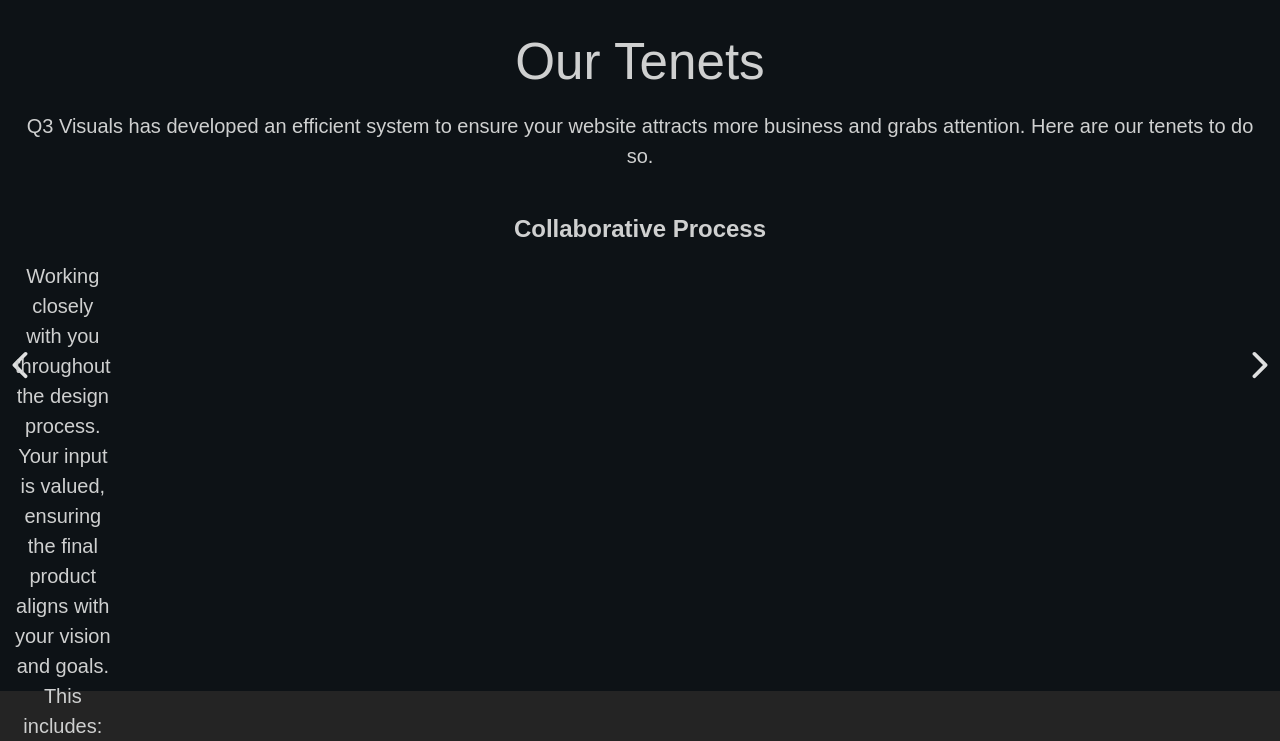
Repository: TMuse333/quantumDesigns
Page: /process
These files come from the project's save history. The page is drawn as it stood at one moment and after the next save; the edit follows.
The browser window is 1280 px wide. The pictures show the whole page.
The project was rebuilt for these pictures with package versions that can differ from the ones it lists, and the page was loaded fresh each time. Also part of the build but not shown: vite.config.js, src/styles/navbar.css, src/components/navbar.jsx, src/styles/herobanner.css, src/components/Herobanner.jsx, src/components/intro.jsx, src/styles/tenets.css, src/components/tenets.jsx and 8 more.

Above is the page before, as saved 2023-12-16 19:26:15.

After the next save:
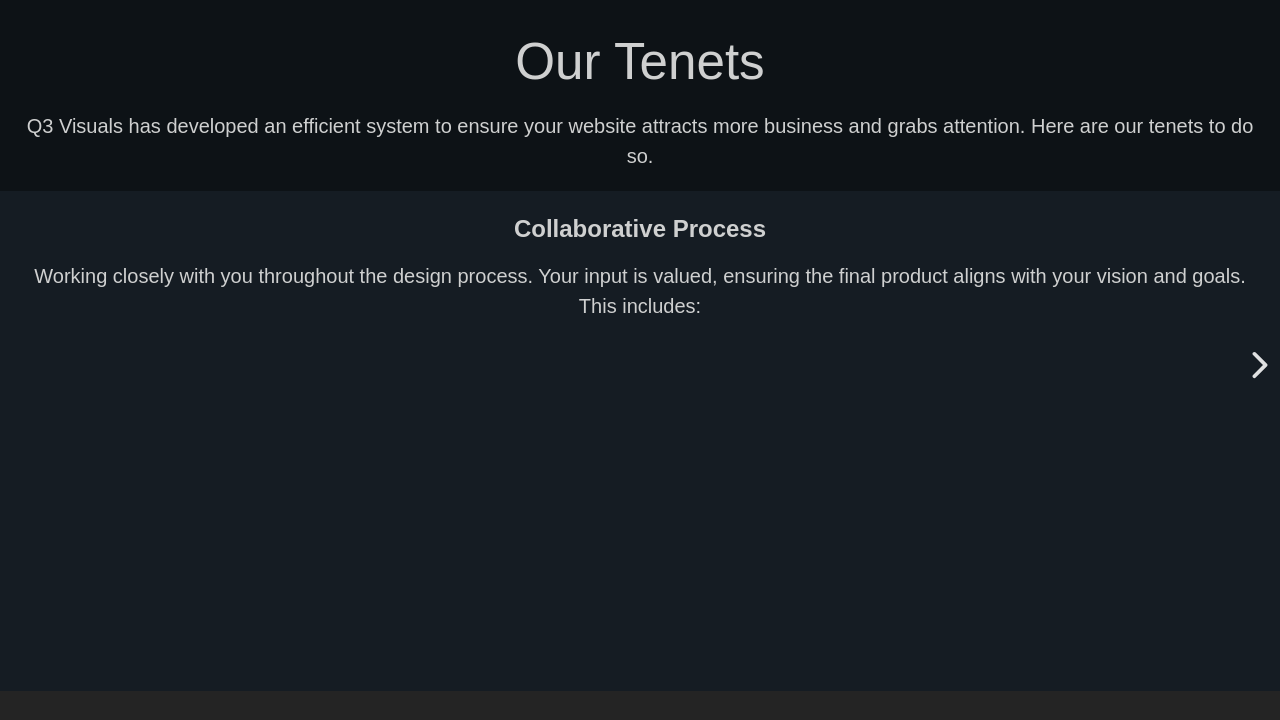
Saved 4 s later.
--- a/src/styles/process.css
+++ b/src/styles/process.css
@@ -33,5 +33,5 @@
    background-color: rgb(21, 28, 35);
    position: relative;
    height:500px;
-   width:
+   width:100vw
 }
